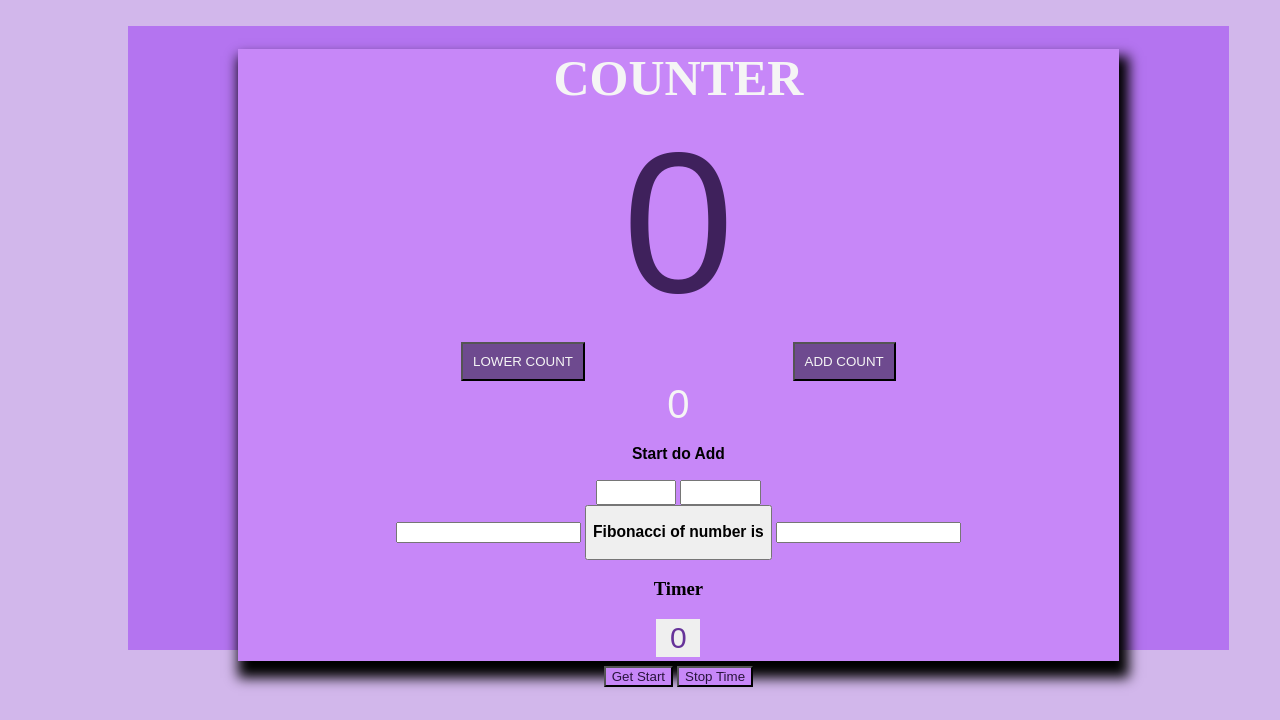
Repository: AnahitKhechumyan/Counter
Page: index.html
An editor plug-in stored every save of this project. The page is shown before and after the next save, followed by the edit.
The browser window is 1280 px wide. The pictures show the whole page.

Above is the page before, as saved 2022-02-15 23:48:23.

After the next save:
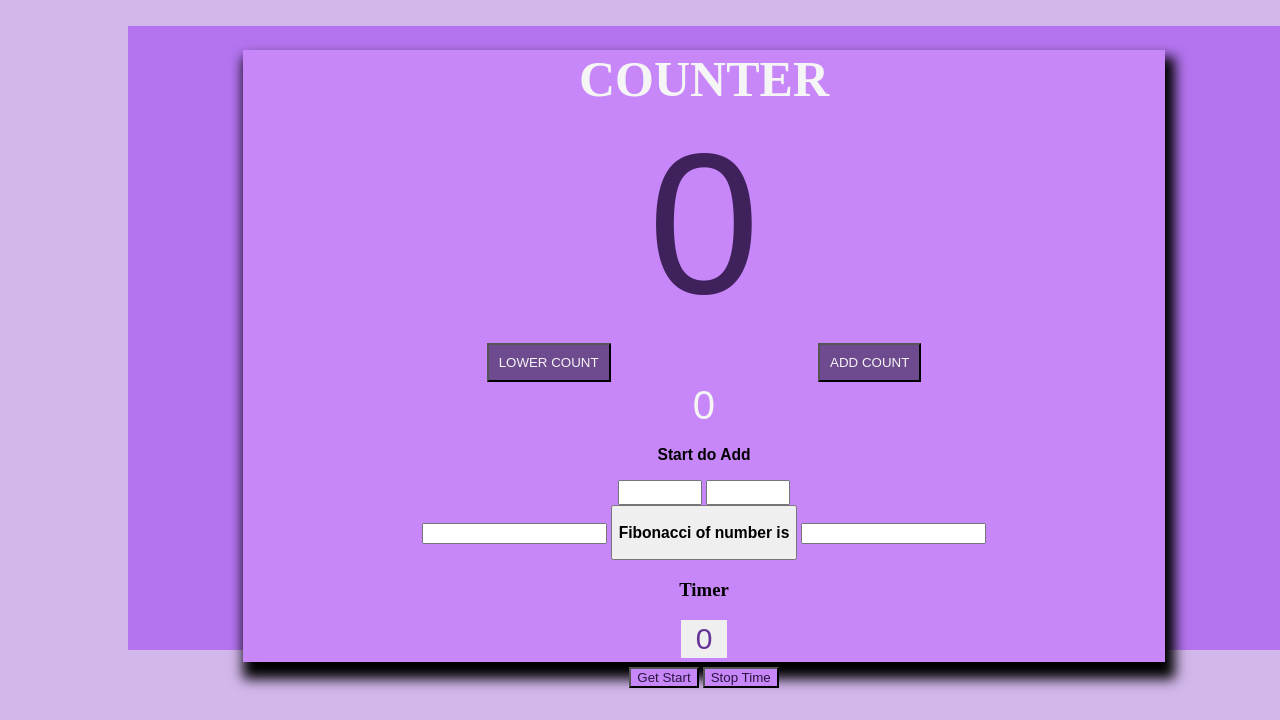
Saved 34 s later.
--- a/style.css
+++ b/style.css
@@ -4,7 +4,7 @@ body{
 }
 .container{
     background-color: rgb(180, 116, 240);
-    width: 86%;
+    width: 90%;
     height: 85vh;
     margin: 2% 10%;
     padding-top: 1%;
